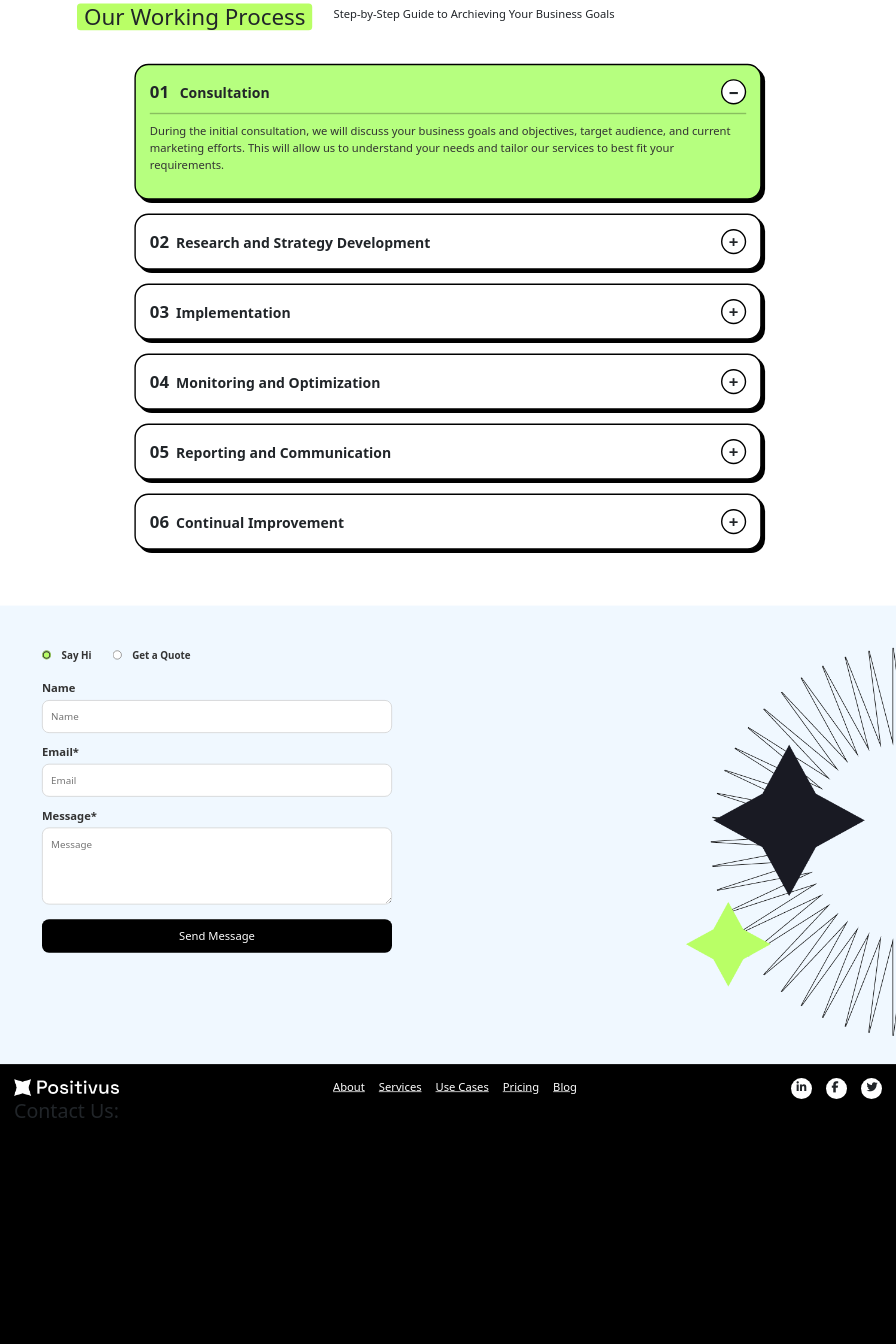
Repository: inshaabbas/CSS-Hackathon-SMIT
Page: index.html
The author's editor kept a copy of each file at every save. The page is drawn from the files as they stood at one save, then again after the next save.
The browser window is 1280 px wide. The pictures show the part of the page from y = 1253 to 3173 px (the page is 3173 px tall), at 70% of full size.
A picture or video elsewhere on the page could not be fetched, so the positions and the page height are approximate.

Above is the page before, as saved 2025-06-25 10:56:56.

After the next save:
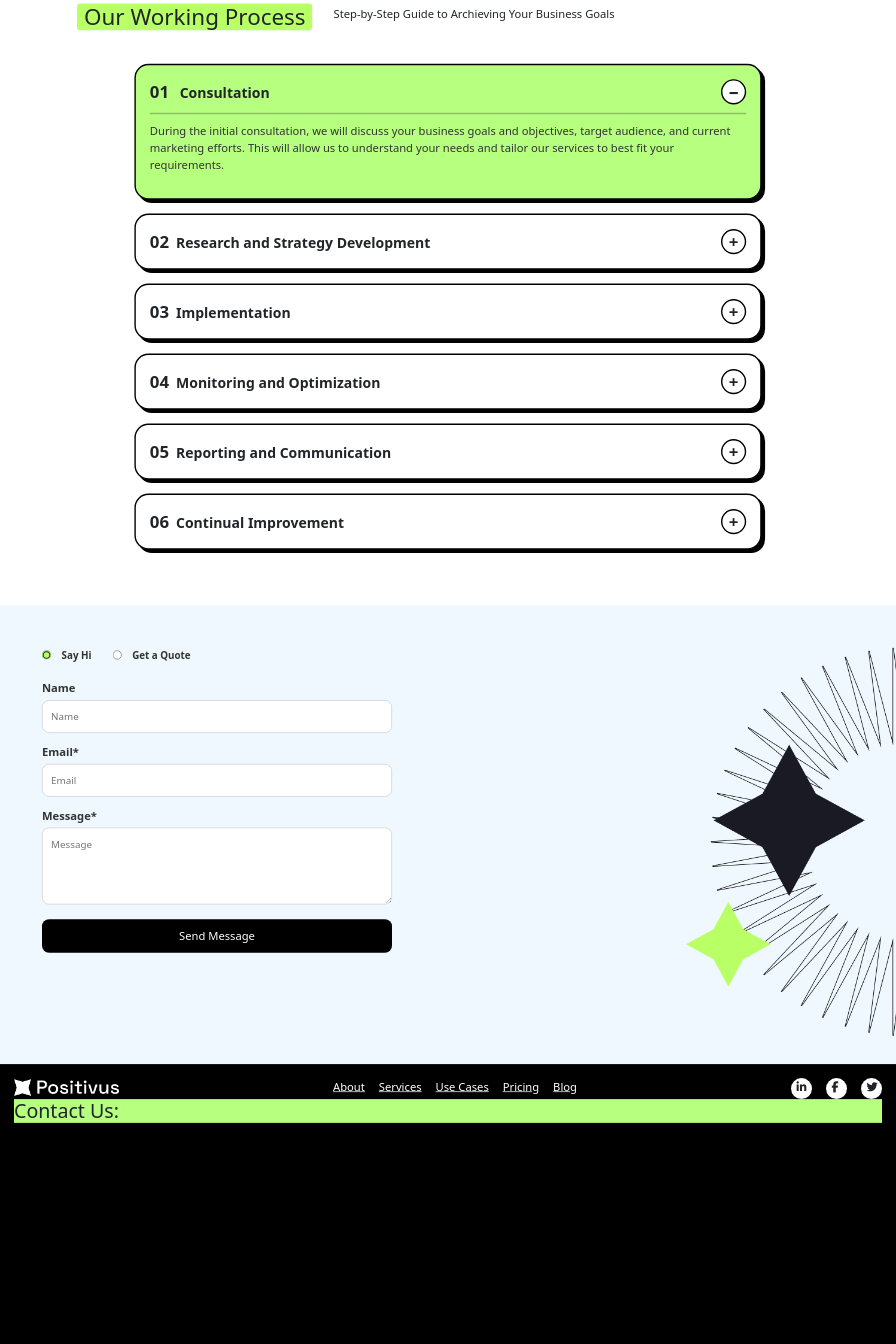
Saved 22 s later.
--- a/style.css
+++ b/style.css
@@ -572,5 +572,5 @@ footer{
 }
 
 .fot-text h3{
-    background-color: ;
-}
+    background-color: #b6ff7f;
+}
